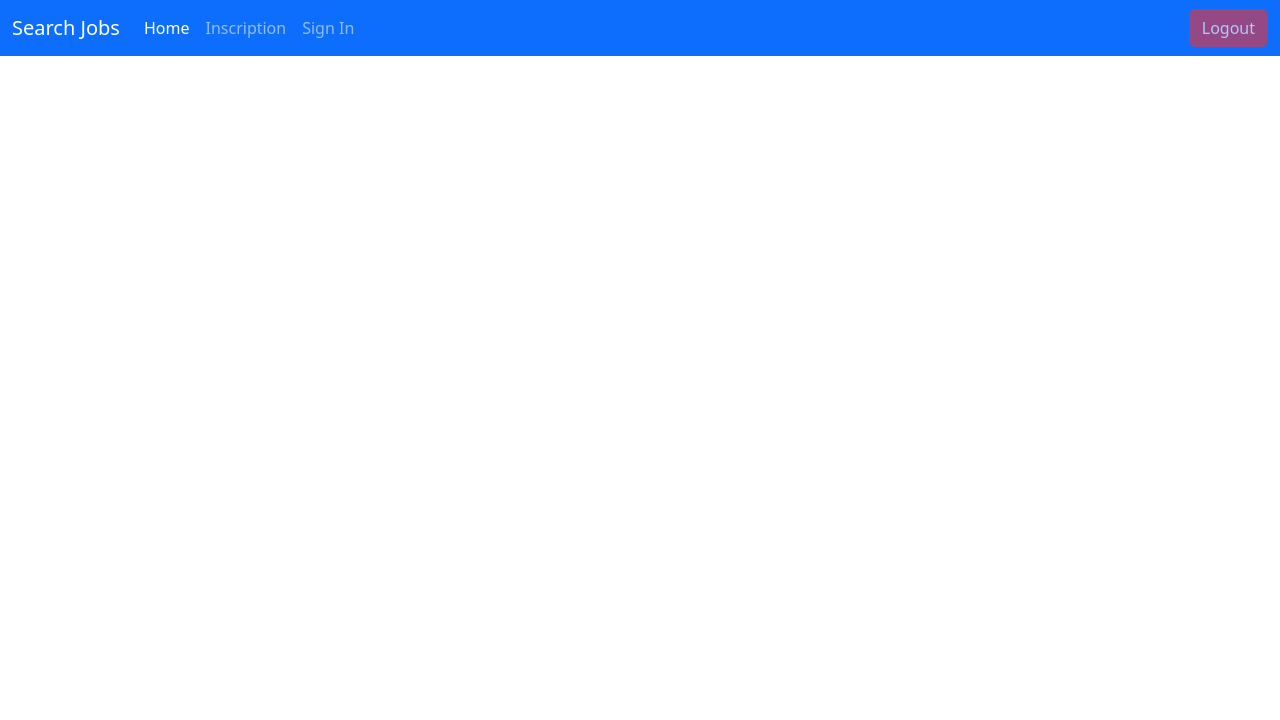
Repository: moAllElite/Examen-EJB-WEB-EAR
Page: http://localhost/SearchJobsWeb/
An editor plug-in stored every save of this project. The page is shown before and after the next save, followed by the edit.
The browser window is 1280 px wide. The pictures show the whole page.
The page is served by Tomcat 9. Nobody is signed in. The application's start-up code is not run.

Above is the page before, as saved 2023-03-21 20:38:00.

After the next save:
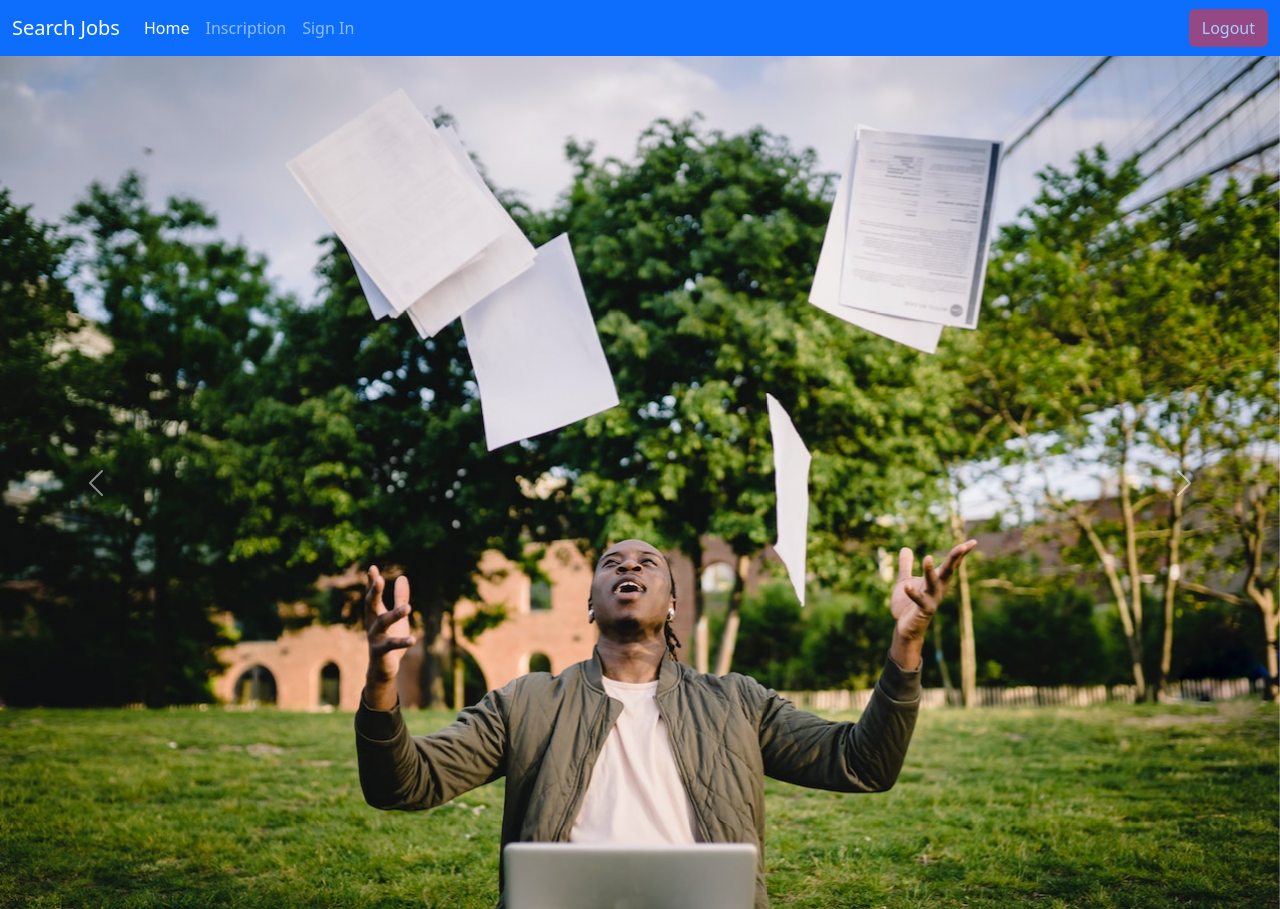
Saved 7 min 46 s later.
--- a/SearchJobsWeb/src/main/webapp/index.jsp
+++ b/SearchJobsWeb/src/main/webapp/index.jsp
@@ -31,7 +31,27 @@
 				    </div>
 				  </div>
 			</nav>
-
+			<div id="carouselExampleInterval" class="carousel slide" data-bs-ride="carousel">
+			  <div class="carousel-inner">
+			    <div class="carousel-item active" data-bs-interval="10000">
+			      <img src="ressources/images/image3.jpg" class="d-block w-100" alt="...">
+			    </div>
+			    <div class="carousel-item" data-bs-interval="2000">
+			      <img src="ressources/images/image1.jpg" class="d-block w-100" alt="...">
+			    </div>
+			    <div class="carousel-item">
+			      <img src="ressources/images/image2.jpg"jpg" class="d-block w-100" alt="...">
+			    </div>
+			  </div>
+			  <button class="carousel-control-prev" type="button" data-bs-target="#carouselExampleInterval" data-bs-slide="prev">
+			    <span class="carousel-control-prev-icon" aria-hidden="true"></span>
+			    <span class="visually-hidden">Previous</span>
+			  </button>
+			  <button class="carousel-control-next" type="button" data-bs-target="#carouselExampleInterval" data-bs-slide="next">
+			    <span class="carousel-control-next-icon" aria-hidden="true"></span>
+			    <span class="visually-hidden">Next</span>
+			  </button>
+			</div>
 		<script src="https://cdn.jsdelivr.net/npm/@popperjs/core@2.11.6/dist/umd/popper.min.js" integrity="sha384-oBqDVmMz9ATKxIep9tiCxS/Z9fNfEXiDAYTujMAeBAsjFuCZSmKbSSUnQlmh/jp3" crossorigin="anonymous"></script>
 		<script src="https://cdn.jsdelivr.net/npm/bootstrap@5.3.0-alpha1/dist/js/bootstrap.min.js" integrity="sha384-mQ93GR66B00ZXjt0YO5KlohRA5SY2XofN4zfuZxLkoj1gXtW8ANNCe9d5Y3eG5eD" crossorigin="anonymous"></script>
 
